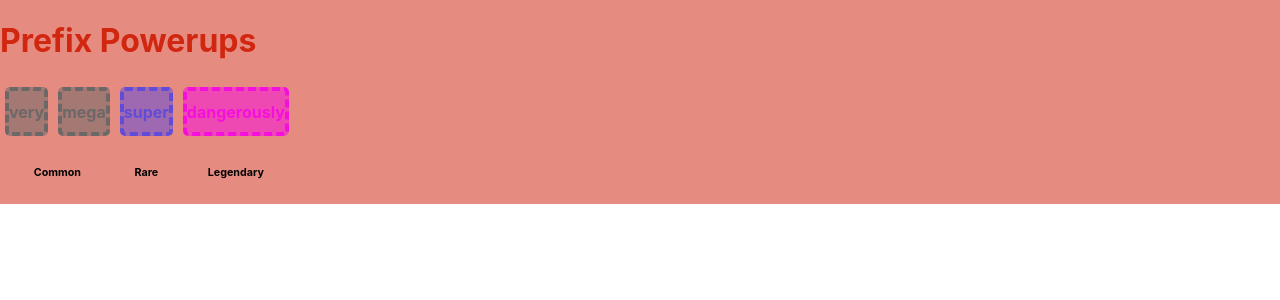
Repository: bsalgado98/buns-inator
Page: /
The author's editor kept a copy of each file at every save. The page is drawn from the files as they stood at one save, then again after the next save.
The browser window is 1280 px wide. The pictures show the whole page.
The project was rebuilt for these pictures with package versions that can differ from the ones it lists, and the page was loaded fresh each time.

Above is the page before, as saved 2022-04-25 22:35:26.

After the next save:
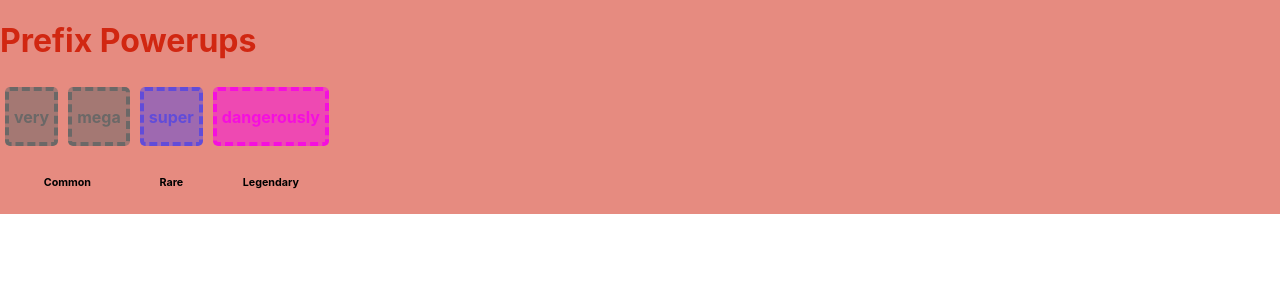
Saved 11 s later.
--- a/src/components/WordCard/WordCard.js
+++ b/src/components/WordCard/WordCard.js
@@ -6,6 +6,7 @@ const WordCard = ({ text = "N/A", color = "#000000" }) => {
                 display: 'flex',
                 border: `4px dashed ${color}`,
                 margin: '5px',
+                padding: '5px',
                 borderRadius: '5px'
             }
         },
